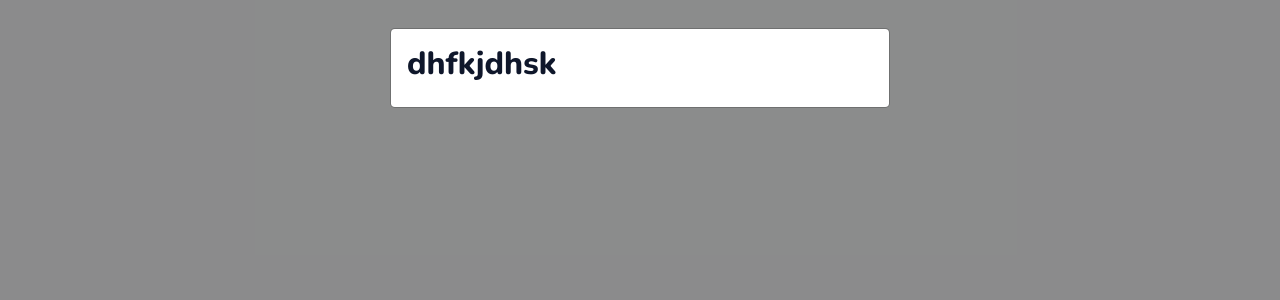
Repository: Dangtrinh28/thuymoc
Page: bookingSuccess.html
These files come from the project's save history. The page is drawn as it stood at one moment and after the next save; the edit follows.
The browser window is 1280 px wide. The pictures show the whole page.
Some web libraries are served in a nearby version.

Above is the page before, as saved 2022-11-25 04:02:12.

### bookingSuccess.html
<!DOCTYPE html>
<html lang="en">

<head>
    <meta charset="UTF-8">
    <meta http-equiv="X-UA-Compatible" content="IE=edge">
    <meta name="viewport" content="width=device-width, initial-scale=1.0">

    <!-- google font link -->
    <link rel="preconnect" href="https://fonts.googleapis.com">
    <link rel="preconnect" href="https://fonts.gstatic.com" crossorigin>
    <link
        href="https://fonts.googleapis.com/css2?family=Heebo:wght@400;500;600&family=Nunito:wght@600;700;800&family=Pacifico&display=swap"
        rel="stylesheet">

    <!-- Icon link -->
    <link rel="stylesheet" href="./assets/font/fontawesome/css/all.min.css">
    <link href="https://cdnjs.cloudflare.com/ajax/libs/font-awesome/5.10.0/css/all.min.css" rel="stylesheet">
    <link href="https://cdn.jsdelivr.net/npm/bootstrap-icons@1.4.1/font/bootstrap-icons.css" rel="stylesheet">

    <!-- link lib -->
    <link rel="stylesheet" href="./assets/lib/animate/animate.min.css">
    <link rel="stylesheet" href="./assets/lib/owlcarousel/assets/owl.carousel.min.css">
    <link rel="stylesheet" href="./assets/lib/tempusdominus/css/tempusdominus-bootstrap-4.min.css">

    <!-- link bootstraps custom  -->
    <link href="./assets/css/bootstrap.css" rel="stylesheet">

    <!-- link custom -->
    <link rel="stylesheet" href="./assets/css/index.css">
    <!-- link custom end-->
    <link rel="icon" type="image/x-icon"
        href="https://scontent.fsgn2-4.fna.fbcdn.net/v/t39.30808-6/301127842_1060078351356985_3224039168656005356_n.jpg?_nc_cat=101&ccb=1-7&_nc_sid=09cbfe&_nc_ohc=boITfAPyxDEAX8ESDnk&_nc_ht=scontent.fsgn2-4.fna&oh=00_AfCC23TquV2izwz9e55nnw0-pZBRnxj3js4zwfv7_lGcQQ&oe=63633C5B">
        <title>Thủy Mộc Restaurant</title>

</head>
<body>
    <div class="container" >
        <div class="modal" style="display: block; background-color: rgba(128, 128, 128,0.9);">
            <div class="modal-dialog">
                <div class="modal-content">
                    <div class="modal header">
                        <i class="fa-solid fa-check"></i>
                    </div>
                    <div class="modal-body">
                        <h2>dhfkjdhsk</h2>
                    </div>
                </div>
            </div>
        </div>
    </div>





    <script src="https://code.jquery.com/jquery-3.4.1.min.js"></script>
    <script src="https://cdn.jsdelivr.net/npm/bootstrap@5.0.2/dist/js/bootstrap.bundle.min.js"></script>
    <script src="https://smtpjs.com/v3/smtp.js"></script>
    <script src="./assets/lib/wow/wow.min.js"></script>
    <script src="./assets/lib/easing/easing.min.js"></script>
    <script src="./assets/lib/waypoints/waypoints.min.js"></script>
    <script src="./assets/lib/counterup/counterup.min.js"></script>
    <script src="./assets/lib/owlcarousel/owl.carousel.min.js"></script>
    <script src="./assets/js/index.js"></script>
</body>
</html>

### assets/css/index.css
:root {
  --primary: ;
}

/* base css */
.hero-header {
  background: linear-gradient(rgba(15, 23, 43, 0.9), rgba(15, 23, 43, 0.9)),
    url(../img/banner/banner2.png);
  background-position: center center;
  background-repeat: no-repeat;
  background-size: cover;
}

.btn {
  font-family: "Nunito", sans-serif;
  font-weight: 500;
  text-transform: uppercase;
  transition: 0.5s;
}

.btn-primary,
.btn-secondary {
  color: var(--bs-white);
}

.product-img {
  width: 100%;
  height: 216px;
  background-position: center;
  background-repeat: no-repeat;
  background-size: cover;
}

/* đặt bàn online */
.video {
  position: relative;
  height: 100%;
  min-height: 500px;
  background: linear-gradient(rgba(15, 23, 43, 0.1), rgba(15, 23, 43, 0.1)),
    url(../img/booking/booking.png);
  background-position: center center;
  background-repeat: no-repeat;
  background-size: cover;
}

.video .btn-play {
  position: absolute;
  z-index: 3;
  top: 50%;
  left: 50%;
  transform: translate(-50%);
  box-sizing: content-box;
  display: block;
  width: 32px;
  height: 44px;
  border-radius: 50%;
  border: none;
  outline: none;
  padding: 18px 20px 18px 28px;
}

.video .btn-play::before {
  content: "";
  position: absolute;
  z-index: 0;
  top: 50%;
  left: 50%;
  transform: translateX(-50%) translateY(-50%);
  display: block;
  width: 100px;
  height: 100px;
  background: var(--bs-primary);
  border-radius: 50%;
  animation: pulse-border 1500ms ease-out infinite;
}

.video .btn-play::after {
  content: "";
  position: absolute;
  z-index: 1;
  left: 50%;
  top: 50%;
  transform: translateX(-50%) translateY(-50%);
  display: block;
  width: 100px;
  height: 100px;
  background: var(--primary);
  border-radius: 50%;
  transition: all 200ms;
}

.video .btn-play img {
  position: relative;
  z-index: 3;
  max-width: 100%;
  width: auto;
  height: auto;
}

.video .btn-play span {
  display: block;
  position: relative;
  z-index: 3;
  width: 0;
  height: 0;
  border-left: 32px solid var(--bs-dark);
  border-top: 22px solid transparent;
  border-bottom: 22px solid transparent;
}

@keyframes pulse-border {
  0% {
    transform: translateX(-50%) translateY(-50%) translateZ(0) scale(1);
    opacity: 1;
  }
  100% {
    transform: translateX(-50%) translateY(-50%) translateZ(0) scale(1.5);
    opacity: 0;
  }
}

/* team */
.w-65 {
  width: 65% !important;
}

/* feedback */
.testimonial-carousel .owl-item.center .testimonial-item {
  background: var(--bs-primary) !important;
  border-color: var(--bs-primary) !important;
}

.testimonial-carousel .owl-item.center .testimonial-item * {
  color: var(--bs-light);
}

.testimonial-carousel .owl-dots {
  margin-top: 24px;
  display: flex;
  align-items: flex-end;
  justify-content: center;
}

.testimonial-carousel .owl-dot {
  position: relative;
  display: inline-block;
  margin: 0 5px;
  width: 15px;
  height: 15px;
  border: 1px solid #ccc;
  border-radius: 15px;
  transition: 0.5s;
}

.testimonial-carousel .owl-dot.active {
  background: var(--bs-primary);
  border-color: var(--bs-primary);
}

.text__height-hiden {
  height: 120px;
  overflow: hidden;
  display: -webkit-box;
  -webkit-box-orient: vertical;
  -webkit-line-clamp: 5;
}

/* footer */
.footer .copyright {
  padding: 25px 0;
  font-size: 15px;
  border-top: 1px solid rgba(256, 256, 256, 0.1);
}

.footer .copyright a {
  color: var(--bs-light);
}

.footer .footer-menu a {
  margin-right: 15px;
  padding-right: 15px;
  border-right: 1px solid rgba(256, 256, 256, 0.1);
}

.back-to-top {
  position: fixed;
  display: none;
  right: 45px;
  bottom: 45px;
  z-index: 99;
}

/* navbar */
.navbar-dark .navbar-nav .nav-link {
  position: relative;
  margin-left: 25px;
  padding: 15px 0;
  font-size: 15px;
  color: var(--bs-light) !important;
  text-transform: uppercase;
  font-weight: 500;
  outline: none;
  transition: 0.5s;
}

@media (min-width: 992px) {
  .navbar-dark {
    position: absolute;
    width: 100%;
    top: 0;
    left: 0;
    z-index: 999;
    background: transparent !important;
  }
}

.text-featured {
  font-size: 16px;
  line-height: 1.6;
  padding: 20px;
}

.text-featured::first-letter {
  font-size: 30px;
  line-height: 30px;
  float: left;
  display: block;
}

@media (max-width: 992px)  {
  .navbar-dark .navbar-nav .nav-link {
    margin: 0;
  }
}

### assets/js/index.js
(function ($) {
  "use strict";

  // wow js
  new WOW().init();

  //counter-up
  $('[data-toggle="counter-up"]').counterUp({
    delay: 10,
    time: 2000,
  });

  $(window).scroll(function () {
    if ($(this).scrollTop() > 45) {
      $(".navbar").addClass("sticky-top shadow-sm");
    } else {
      $(".navbar").removeClass("sticky-top shadow-sm");
    }
  });

  $(document).ready(function () {
    var $videoSrc;
    $(".btn-play").click(function () {
      $videoSrc = $(this).data("src");
    });
    console.log($videoSrc);

    $("#videoModal").on("shown.bs.modal", function (e) {
      $("#video").attr(
        "src",
        $videoSrc + "?autoplay=1&amp;modestbranding=1&amp;showinfo=0"
      );
    });

    $("#videoModal").on("hide.bs.modal", function (e) {
      $("#video").attr("src", $videoSrc);
    });
  });

  // testimonial-carousel
  $(".testimonial-carousel").owlCarousel({
    autoplay: true,
    smartSpeed: 1500,
    center: true,
    margin: 24,
    dots: true,
    loop: true,
    nav: false,
    responsive: {
      0: {
        items: 1,
      },
      768: {
        items: 2,
      },
      992: {
        item: 3,
      },
    },
  });
  //
  $(window).scroll(function () {
    if ($(this).scrollTop() > 300) {
      $(".back-to-top").fadeIn("slow");
    } else {
      $(".back-to-top").fadeOut("slow");
    }
  });

  $(".back-to-top").click(function () {
    $("html, body").animate({ scrollTop: 0 }, 100, "easeInOutExpo");
    return false;
  });
})(jQuery);

    // pass xcliahnbanukicoz

function sendEmail() {
  let useNames = document.getElementById("names").value;
  let numberPhone = document.getElementById("numberPhone").value;
  let email = document.getElementById("email").value;
  let qualitys = document.getElementById("qualitys").value;
  let times = document.getElementById("times").value;
  let date = document.getElementById("date").value;
  let messages = document.getElementById("messages").value;
  let body = "Tên khách hàng:" + useNames + "<br/> Số điện thoại: " + numberPhone + "<br/> Tên gmail của quý khách: " + email + "<br/> Số lượng khách hàng: " + qualitys + "<br/> Thời gian đến: " + times + "<br/> Ngày đến: " + date + "<br/> Yêu cầu của quý khách: " + messages ;


  Email.send({
    // SMTPport: 2525,
    Host : "smtp.elasticemail.com",
    Username : "nguyencaodangtrinhtv3@gmail.com",
    Password : "B2145E9AB344FD4C1D449007775D22DCDDA7",
    To : 'dtrinhit04@gmail.com',
    From : "nguyencaodangtrinhtv3@gmail.com",
    Subject : "Đặt bàn online tại Thủy Mộc for web",
    Body : body,
}).then(
  message => alert(message)
);
}

Loaded but not shown: assets/font/fontawesome/css/all.min.css (library); assets/lib/animate/animate.min.css (library); assets/lib/owlcarousel/assets/owl.carousel.min.css (common file); assets/lib/tempusdominus/css/tempusdominus-bootstrap-4.min.css (library); assets/css/bootstrap.css (library); assets/lib/wow/wow.min.js (library); assets/lib/easing/easing.min.js (common file); assets/lib/waypoints/waypoints.min.js (library); assets/lib/counterup/counterup.min.js (common file); assets/lib/owlcarousel/owl.carousel.min.js (library)

After the next save:
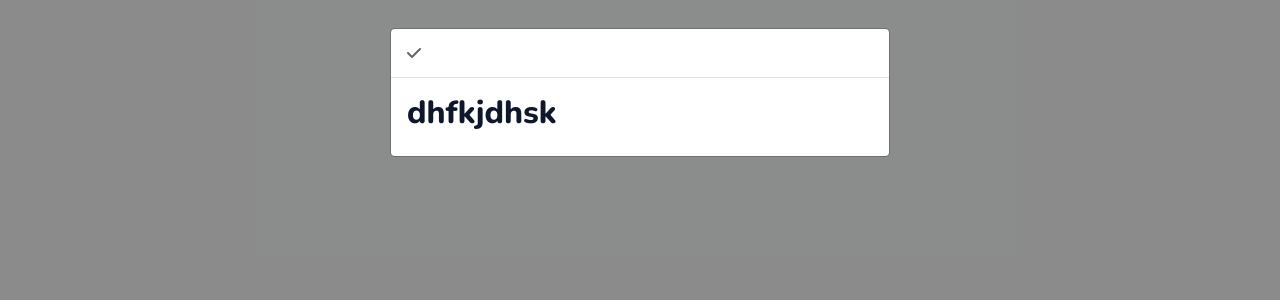
Saved 78 s later.
--- a/bookingSuccess.html
+++ b/bookingSuccess.html
@@ -39,7 +39,7 @@
         <div class="modal" style="display: block; background-color: rgba(128, 128, 128,0.9);">
             <div class="modal-dialog">
                 <div class="modal-content">
-                    <div class="modal header">
+                    <div class="modal-header">
                         <i class="fa-solid fa-check"></i>
                     </div>
                     <div class="modal-body">
